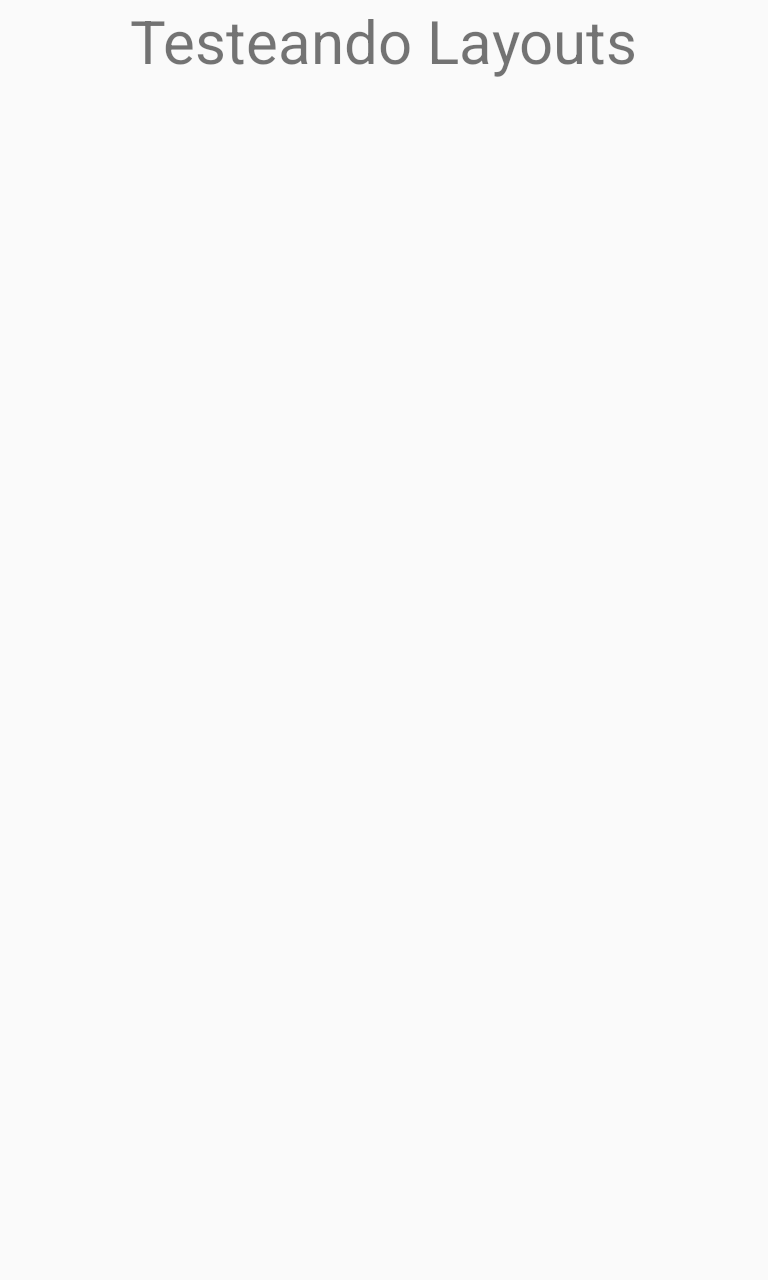
Repository: jromanz/android-projects
Layout: ListaAlumnos/res/layout/activity_frame_layout.xml
The author's editor kept a copy of each file at every save. The layout is drawn from the files as they stood at one save, then again after the next save.
It is drawn on a 768 x 1280 px phone screen (xhdpi) without system bars, with theme AppTheme; the app's code is not run.

Above is the layout before, as saved 2014-08-28 23:09:54.

### ListaAlumnos/res/layout/activity_frame_layout.xml
<FrameLayout xmlns:android="http://schemas.android.com/apk/res/android"
    xmlns:tools="http://schemas.android.com/tools"
    android:layout_width="fill_parent"
    android:layout_height="fill_parent"
    tools:context="${relativePackage}.${activityClass}" >

    <TextView
        android:layout_width="wrap_content"
        android:layout_height="wrap_content"
        android:text="Testeando Layouts"
        android:textSize="30sp"
        android:layout_gravity="center_horizontal"
        />

</FrameLayout>

Loaded but not shown: ListaAlumnos/res/values/styles.xml (common file); ListaAlumnos/res/values-v11/styles.xml (common file); ListaAlumnos/res/values-v14/styles.xml (common file)

After the next save:
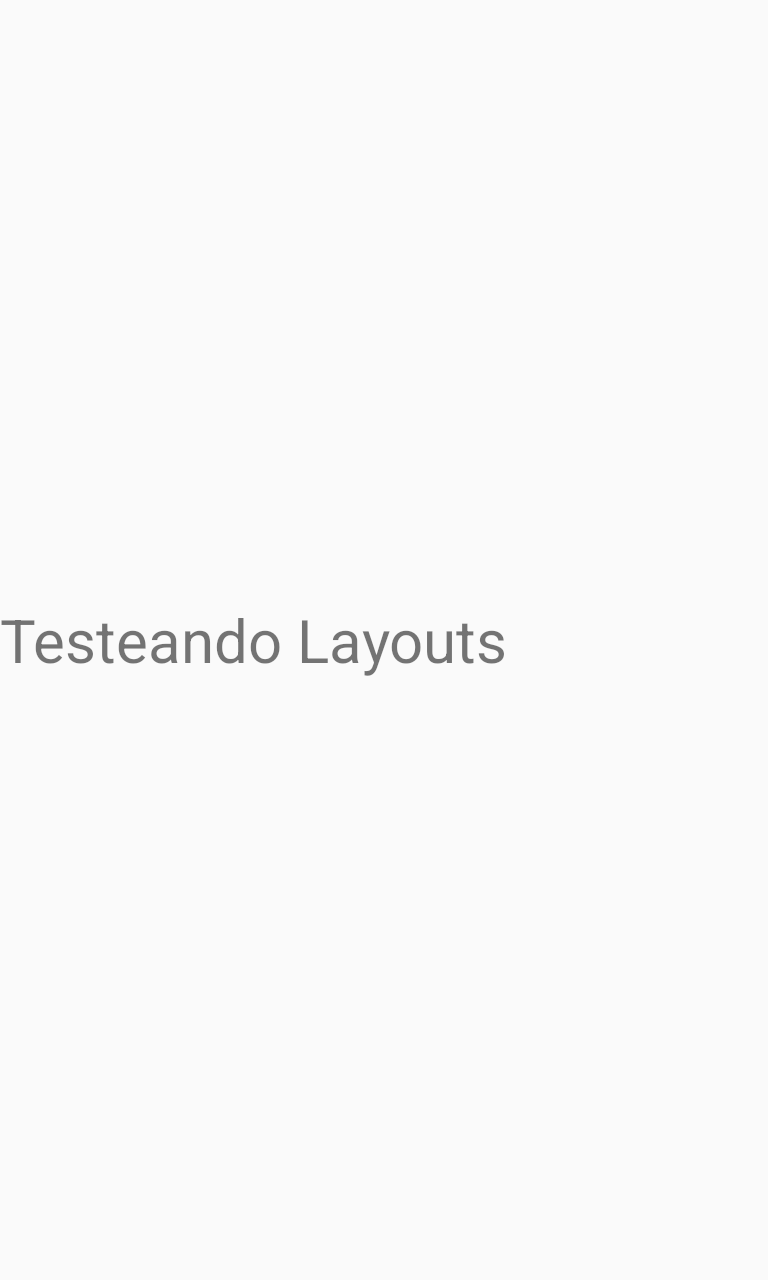
Saved 2 min 10 s later.
--- a/ListaAlumnos/res/layout/activity_frame_layout.xml
+++ b/ListaAlumnos/res/layout/activity_frame_layout.xml
@@ -9,7 +9,7 @@
         android:layout_height="wrap_content"
         android:text="Testeando Layouts"
         android:textSize="30sp"
-        android:layout_gravity="center_horizontal"
+        android:layout_gravity="center_vertical"
         />
 
 </FrameLayout>
